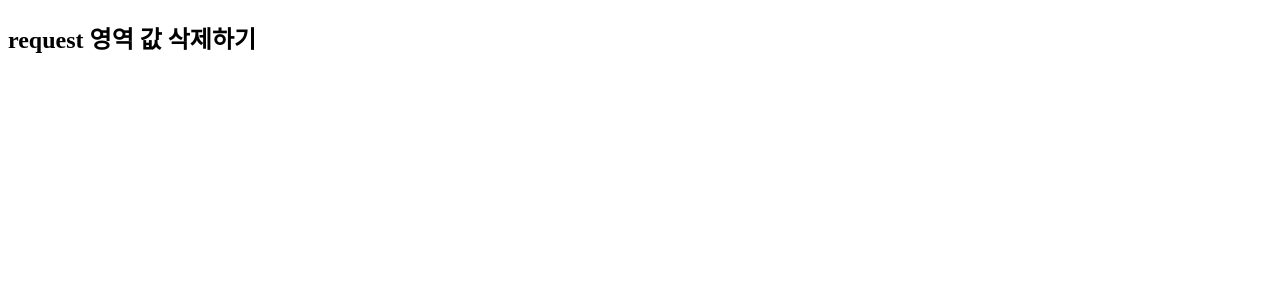
Repository: AHJ2616/Java
Page: http://localhost/board-jsp/03Scope/RequestMain.jsp
The author's editor kept a copy of each file at every save. The page is drawn from the files as they stood at one save, then again after the next save.
The browser window is 1280 px wide. The pictures show the whole page.
The page is served by Tomcat 9. Other server files are loaded and not shown.

Above is the page before, as saved 2024-07-23 06:14:34.

### jsp_workspace/board-jsp/src/main/webapp/03Scope/RequestMain.jsp
<%@page import="common.Person"%>
<%@ page language="java" contentType="text/html; charset=UTF-8"
    pageEncoding="UTF-8"%>
    <%
    request.setAttribute("reqString","안희준");
    request.setAttribute("reqPerson", new Person("조용재",35));

    %>
<!DOCTYPE html>
<html>
<head>
<meta charset="UTF-8">
<title>RequestMain.jsp : Request영역은 요청,처리 페이지에서 값이 유지된다. </title>
</head>
<body>
<h2>request 영역 값 삭제하기</h2>

<% request.removeAttribute("reqString");
	//removeAttribute("값") 의 값이 없어도 오류가 안뜨고 넘어간다.
%>

</body>
</html>

### jsp_workspace/board-jsp/src/main/java/common/Person.java
package common;

public class Person {
	// JavaBeans 규약

	private String name;
	private int age;

	//기본 생성자
	public Person() {}



	//커스텀 생성자
	public Person(String name, int age) {
		this.name = name;
		this.age = age;
	}

	// getter&setter method
	public String getName() {
		return name;
	}
	public int getAge() {
		return age;
	}
	public void setName(String name) {
		this.name = name;
	}
	public void setAge(int age) {
		this.age = age;
	}
}//class end

After the next save:
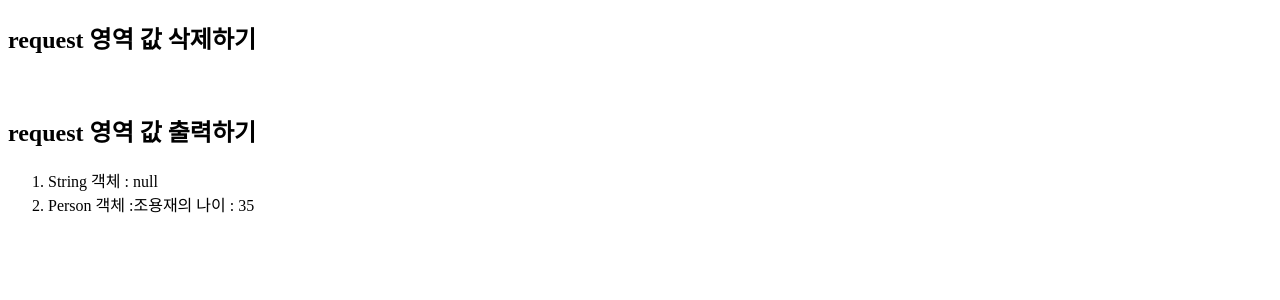
Saved 4 min 9 s later.
--- a/jsp_workspace/board-jsp/src/main/webapp/03Scope/RequestMain.jsp
+++ b/jsp_workspace/board-jsp/src/main/webapp/03Scope/RequestMain.jsp
@@ -18,6 +18,15 @@
 <% request.removeAttribute("reqString");
 	//removeAttribute("값") 의 값이 없어도 오류가 안뜨고 넘어간다.
 %>
+<br><h2>request 영역 값 출력하기</h2>
+<% String requestString = (String) request.getAttribute("reqString");
+Person person = (Person) request.getAttribute("reqPerson");
 
+%>
+
+<ol>
+<li>String 객체 : <%=requestString %></li>
+<li>Person 객체 :<%=person.getName() %>의 나이 : <%=person.getAge() %></li>
+</ol>
 </body>
 </html>
